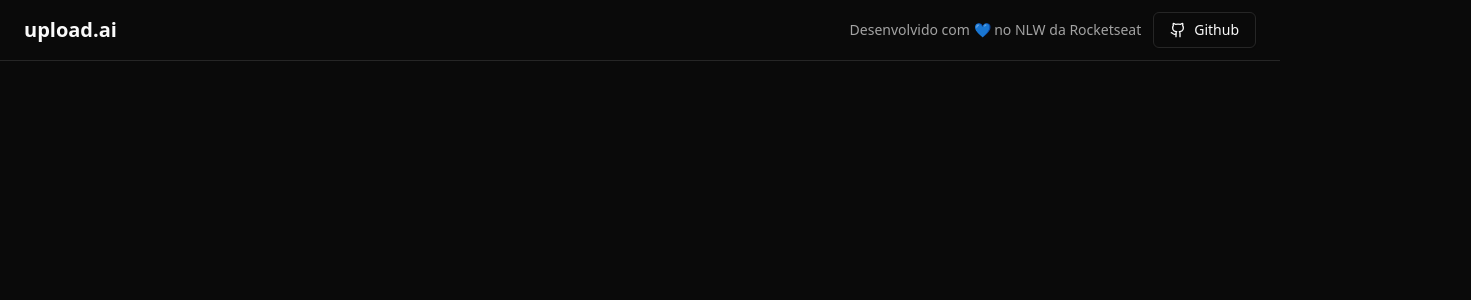
Repository: ricardolimati/upload-ai-web
Page: /
These files come from the project's save history. The page is drawn as it stood at one moment and after a run of saves; the edit follows.
The browser window is 1280 px wide. The page is 1280 px wide, then 1471 px, so the pictures cover 1471 px, including what lies to the right of the window. The pictures show the whole page.
The project was rebuilt for these pictures with package versions that can differ from the ones it lists, and the page was loaded fresh each time. Also part of the build but not shown: vite.config.ts.

Above is the page before, as saved 2023-09-11 23:16:05.

After the next 5 saves:
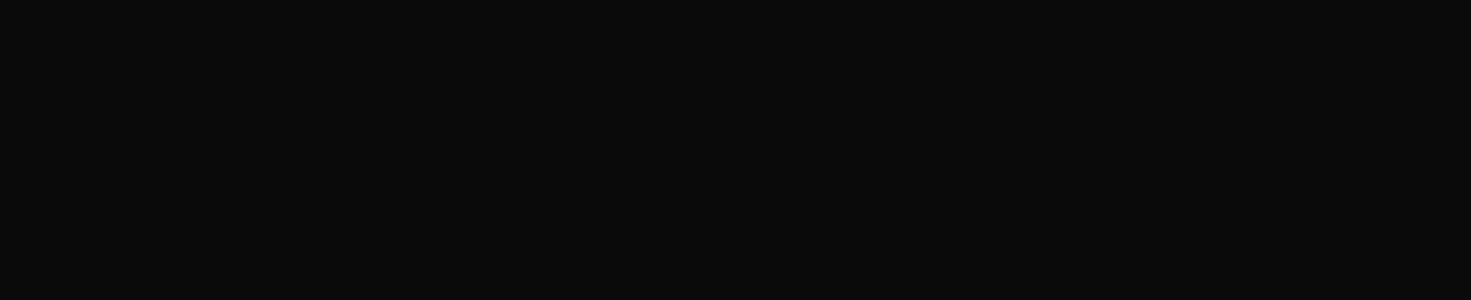
Console error: ReferenceError: Separate is not defined
The 5 saves are shown as one change because they came seconds apart.
The last was saved 14 s later.
--- a/src/App.tsx
+++ b/src/App.tsx
@@ -9,7 +9,7 @@
       <div className="flex items-center gap-3">
         <span className="text-sm text-muted-foreground">
           Desenvolvido com 💙 no NLW da Rocketseat</span>
-
+          <Separate />
         <Button variant="outline">
           <Github className="w-4 h-4 mr-2" />Github
         </Button>

After the 2 saves that followed:
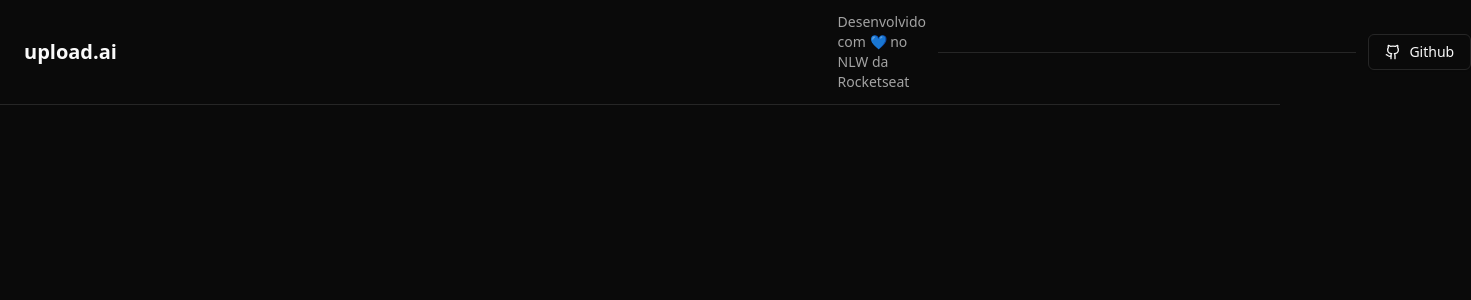
The error is gone.
The 2 saves are shown as one change because 1 left the picture as it was.
The last was saved 34 s later.
--- a/src/App.tsx
+++ b/src/App.tsx
@@ -1,5 +1,6 @@
 import {Github} from 'lucide-react'
 import { Button } from "./components/ui/button";
+import { Separator } from './components/ui/separator';
 
 export function App() {
   return(
@@ -9,7 +10,7 @@
       <div className="flex items-center gap-3">
         <span className="text-sm text-muted-foreground">
           Desenvolvido com 💙 no NLW da Rocketseat</span>
-          <Separate />
+          <Separator />
         <Button variant="outline">
           <Github className="w-4 h-4 mr-2" />Github
         </Button>
